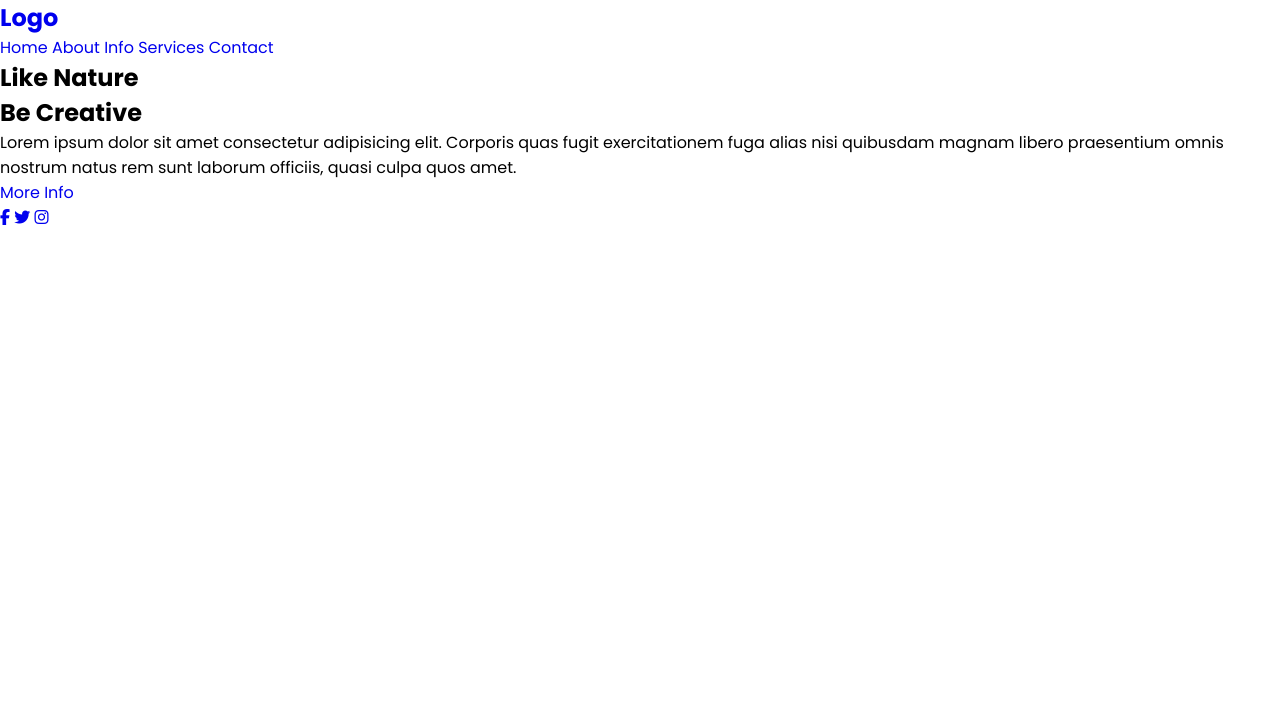
Repository: nganha241/CreativeNature
Page: index.html
These files come from the project's save history. The page is drawn as it stood at one moment and after the next save; the edit follows.
The browser window is 1280 px wide. The pictures show the whole page.
Some web libraries are served in a nearby version.

Above is the page before, as saved 2022-06-18 07:46:22.

After the next save:
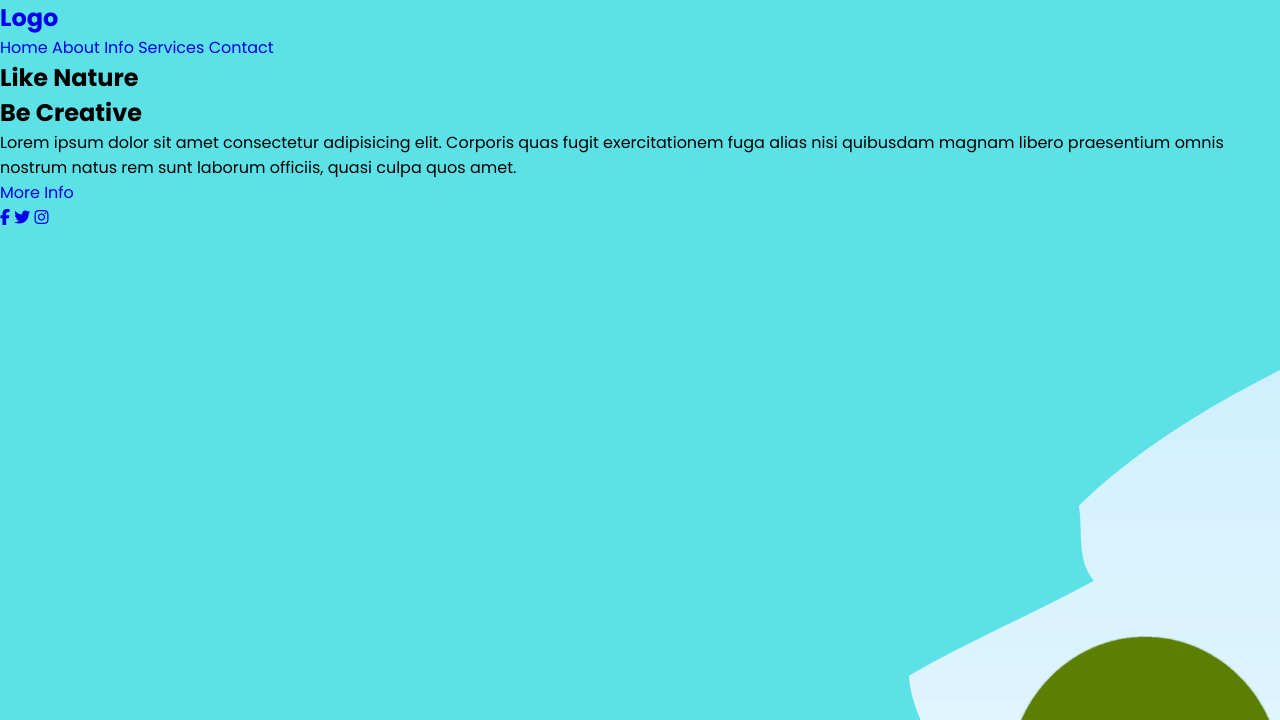
Saved 30 min 37 s later.
--- a/style.css
+++ b/style.css
@@ -18,5 +18,5 @@ section {
     display: flex;
     flex-direction: column;
     justify-content: flex-start;
-    background: url();
+    background: url("./bg.png");
 }
